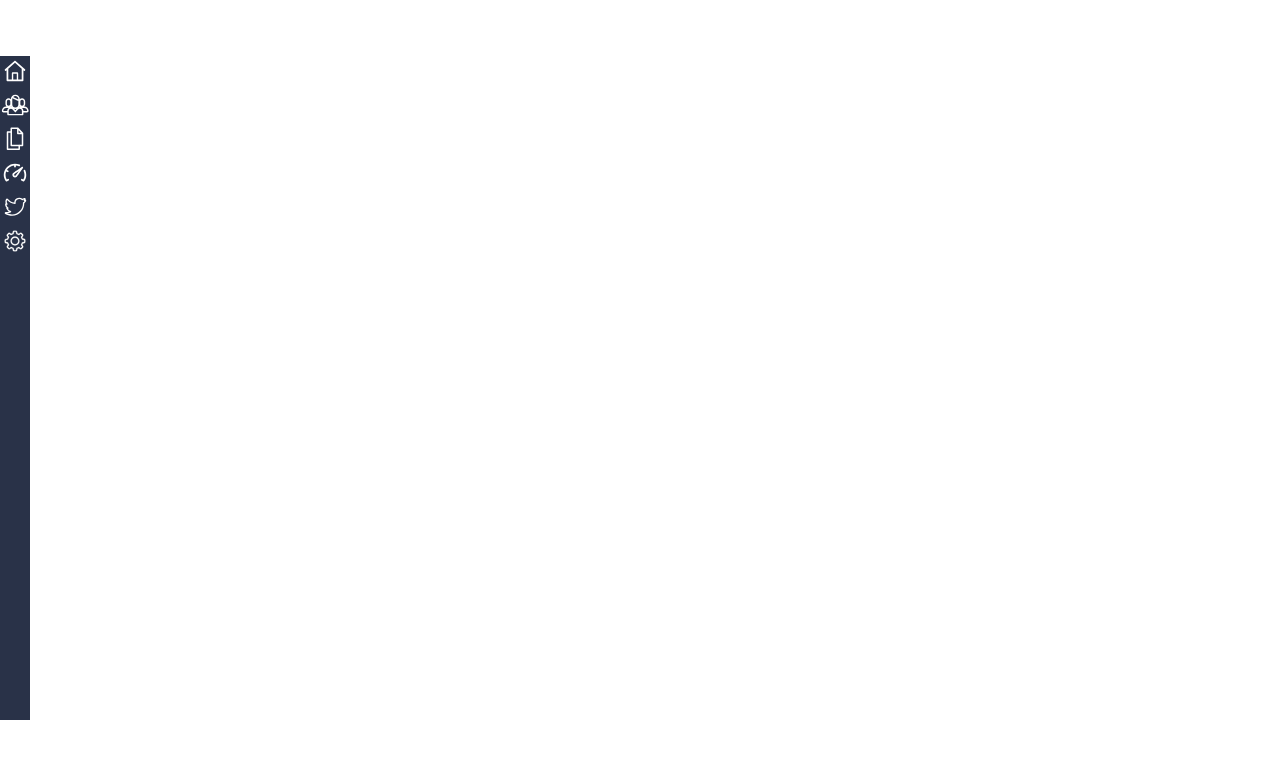
Repository: ChandanRathore002/awesome-project
Page: /
An editor plug-in stored every save of this project. The page is shown before and after the next save, followed by the edit.
The browser window is 1280 px wide. The pictures show the whole page.
The project was rebuilt for these pictures with package versions that can differ from the ones it lists, and the page was loaded fresh each time.

Above is the page before, as saved 2019-07-29 17:41:59.

### src/App.js
import React from 'react';
import Home from './container/Home';
import './App.css';

function App() {
  return (
    <div className="App">
      <Home />
    </div>
  );
}

export default App;

### src/container/Home/index.js
import React from 'react';
import SideNavbar from '../../component/SideNavbar';

const Home = () => (
  <SideNavbar />
);

export default Home;

### src/component/SideNavbar/index.js
import React from 'react';
import Nav from 'react-bootstrap/Nav';
import Icon from '../Icon';
import {
  homeIcon, communityIcon, fileIcon, powerIcon, twitterIcon, settingIcon,
} from '../../images/index';
import './sidenavbar.scss';

const SideNavbar = () => (
  <div className="sidenavbar">
    <Nav
      activeKey="/home"
      onSelect={selectedKey => alert(`selected ${selectedKey}`)}
    >
      <div className="navbar">
        <Nav.Item>
          <Nav.Link href="/home">
            <Icon path={homeIcon} />
          </Nav.Link>
        </Nav.Item>
        <Nav.Item>
          <Nav.Link eventKey="link-1">
            <Icon path={communityIcon} />
          </Nav.Link>
        </Nav.Item>
        <Nav.Item>
          <Nav.Link eventKey="link-1">
            <Icon path={fileIcon} />
          </Nav.Link>
        </Nav.Item>
        <Nav.Item>
          <Nav.Link eventKey="link-1">
            <Icon path={powerIcon} />
          </Nav.Link>
        </Nav.Item>
        <Nav.Item>
          <Nav.Link eventKey="link-1">
            <Icon path={twitterIcon} />
          </Nav.Link>
        </Nav.Item>
        <Nav.Item>
          <Nav.Link eventKey="link-1">
            <Icon path={settingIcon} />
          </Nav.Link>
        </Nav.Item>
      </div>
    </Nav>
  </div>
);

export default SideNavbar;

### src/component/Icon/index.js
import React from 'react';
import PropTypes from 'prop-types';

const Icon = ({ path, icon }) => (
  <img src={path} alt="Icon" className={icon} />
);

Icon.propTypes = {
  path: PropTypes.string.isRequired,
  icon: PropTypes.string.isRequired,
};

export default Icon;

### src/images/index.js
export { default as homeIcon } from './home-icon.svg';
export { default as communityIcon } from './community-icon.svg';
export { default as fileIcon } from './file-icon.svg';
export { default as powerIcon } from './pb-icon.svg';
export { default as twitterIcon } from './twitter-icon.svg';
export { default as settingIcon } from './setting-icon.svg';
export { default as CSIcon } from './cs-icon.svg';

### src/component/SideNavbar/sidenavbar.scss
@import '../../style/variable.scss';

.sidenavbar {
  position: $absolute;
  display: $flex;
  height: $full-width;
  padding: 56px 0 0;
  align-items: $flex-start;
  justify-content: $space-between;
  flex-wrap: $wrap;
  .nav {
    width: $auto;
    display: $flex;
    background: $basic-color;
    flex-direction: $column;
    height: calc(100vh - 56px);
    justify-content: $space-between;
  }
  .navbar {
    display: $flex;
    flex-direction: $column;
    padding-left: $zero-value;
    margin-bottom: $zero-value;
    list-style: $none-value;
  }
}

### src/style/variable.scss
$basic-color: #293248;
$primary-color: #2CCDA0;
$light-green: #D9F7EF;
$faded-green: rgba(217, 247, 239, 0.6);
$dark-green: #60D6B5;
$light-gray: #748AA1;
$gray-lightest: #687C92;
$placeholder-gray: #acbed1;
$alert-color: #FF647C;
$white-color: #FFFFFF;
$overlay-dark: #474747;
$white-transparent: rgba(255, 255, 255, 0.5);
$gray-transparent: rgba(232, 233, 237, 0.8);
$green-faded: rgba(44, 205, 160, 0.3);
$black-color: #000000;
$dark-white: #E8F0F8;
$ghost-white: #F5F6FA;
$dusky-gray: #EDEFF5;
$navy-blue: #242f47;
$navy-dark: #242A39;
$dark-gray: #E9EBF3;
$stylish-gray: #aeaeae;
$yellow-color: #FFCF5C;
$orange-color: #FFA26B;
$dark-orange: #EE785B;
$blue-color: #0084F4;
$calendar-gray: #E5E9F2;
$light-blue: #6979F8;
$medium-gray: #E5E7F1;
$doc-grey: #D6DBE0;
$light-white: #f0f0f0;
$zero-value: 0;
$none-value: none;
$flex: flex;
$center: center;
$column: column;
$full-width: 100%;
$large-font: 24px;
$medium-font: 18px;
$normal-font: 14px;
$sixteen-font: 16px;
$small-font: 10px;
$basic-font: 'Roboto', sans-serif;
$shadow: 8px 8px 14px rgba(190, 197, 214, 0.2), -8px -8px 14px rgba(190, 197, 214, 0.2);
$transition: all 0.3s ease-in-out 0s;
$absolute: absolute;
$relative: relative;
$fixed: fixed;
$normal: normal;
$block: block;
$flex-start: flex-start;
$space-between: space-between;
$wrap: wrap;
$auto: auto;

@mixin file-box {
    font-size: 9px;
    line-height: 13px;
    text-transform: uppercase;
    padding: 7px 8px;
    border-radius: 2px;
    color: $white-color;
}

@mixin sweet-alert-box {
    font-size: 18px;
    line-height: 21px;
    margin: $zero-value;
    color: $basic-color;
    font-weight: $normal;
}

@mixin nav-image {
    width: $auto;
    height: $auto;
    position: $absolute;
    left: $zero-value;
    right: $zero-value;
    margin: 0 $auto;
    transform: translateY(20px);
    -webkit-transform: translateY(20px);
    -ms-transform: translateY(20px);
    @include for-desktop-only {
        transform: translateY(15px);
        -webkit-transform: translateY(15px);
        -ms-transform: translateY(15px);
    }
    @include for-community-tile {
        transform: translateY(9px);
        -webkit-transform: translateY(9px);
        -ms-transform: translateY(9px);
    }
}

@mixin for-desktop-only {
    @media (max-width: 1440px) { @content; }
}

@mixin for-minlaptop-only {
    @media (min-width: 1200px) and (max-width: 1280px) { @content; }
}

@mixin for-tab-only {
    @media (min-width: 768px) and (max-width: 1199px) { @content; }
}

@mixin for-ipad-only {
    @media(max-width: 991px) { @content; }
}

@mixin for-community-tile {
    @media(max-width: 1152px) { @content; }
}

@mixin for-1281-1400 {
    @media (min-width: 1281px) and (max-width: 1400px) { @content; }
}

@mixin for-mobile-only {
    @media (max-width: 767px) { @content; }
}

@mixin for-small-mobile {
    @media (max-width: 480px) { @content; }
}

@mixin for-extra-small-mobile {
    @media (max-width: 370px) { @content; }
}

@mixin for-laptop-height {
    @media (max-height: 1000px) { @content; }
}

@mixin for-medium-laptop-height {
    @media (max-height: 900px) { @content; }
}

@mixin for-small-laptop-height {
    @media (max-height: 899px) { @content; }
}

@mixin for-810-height {
    @media (max-height: 810px) { @content; }
}

@mixin for-small-height {
    @media (max-height: 729px) { @content; }
}

@mixin for-mobile-height {
    @media (max-height: 420px) { @content; }
}

@mixin for-small-mobile-height {
    @media (max-height: 375px) { @content; }
}

Loaded but not shown: public/index.html (common file); src/index.js (common file); src/index.css (common file); src/serviceWorker.js (common file); src/App.css (common file)

After the next save:
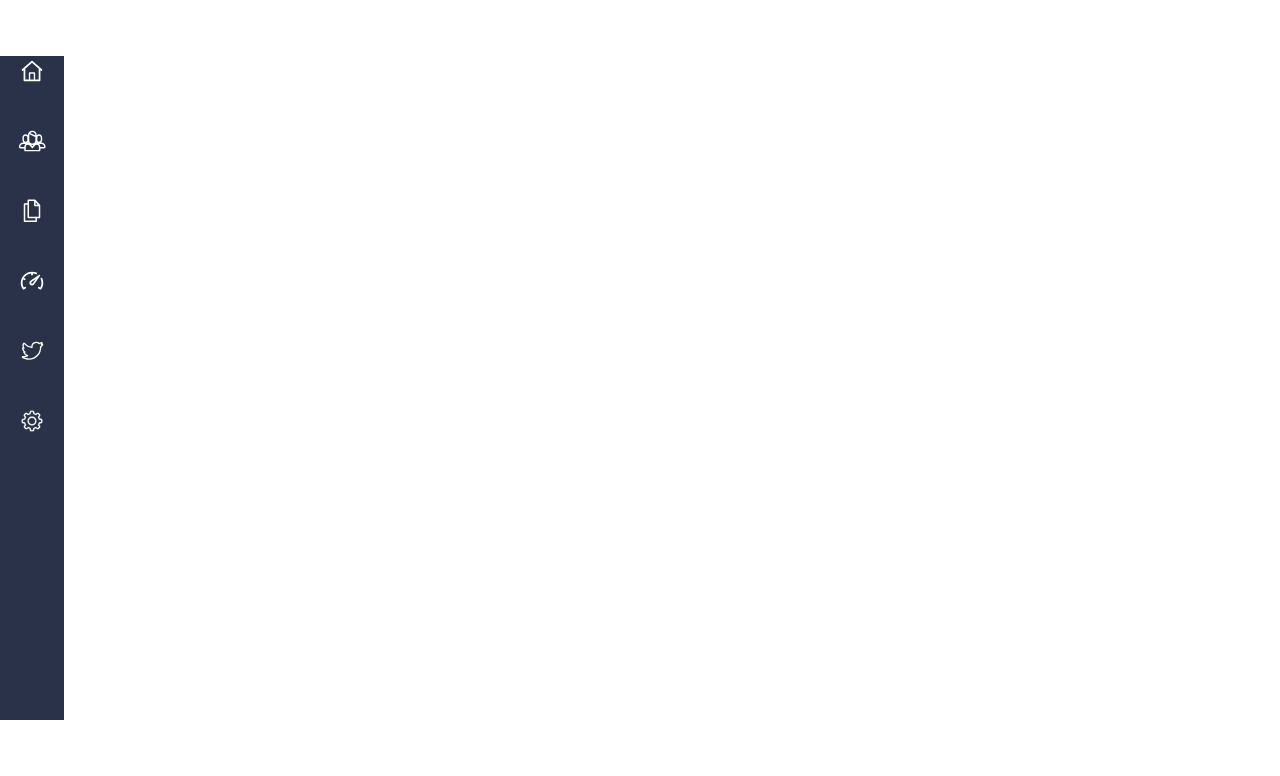
Saved 50 s later.
--- a/src/component/SideNavbar/sidenavbar.scss
+++ b/src/component/SideNavbar/sidenavbar.scss
@@ -23,4 +23,9 @@
     margin-bottom: $zero-value;
     list-style: $none-value;
   }
+  .nav-item {
+    list-style: $none-value;
+    width: 64px;
+    height: 70px;
+  }
 }
